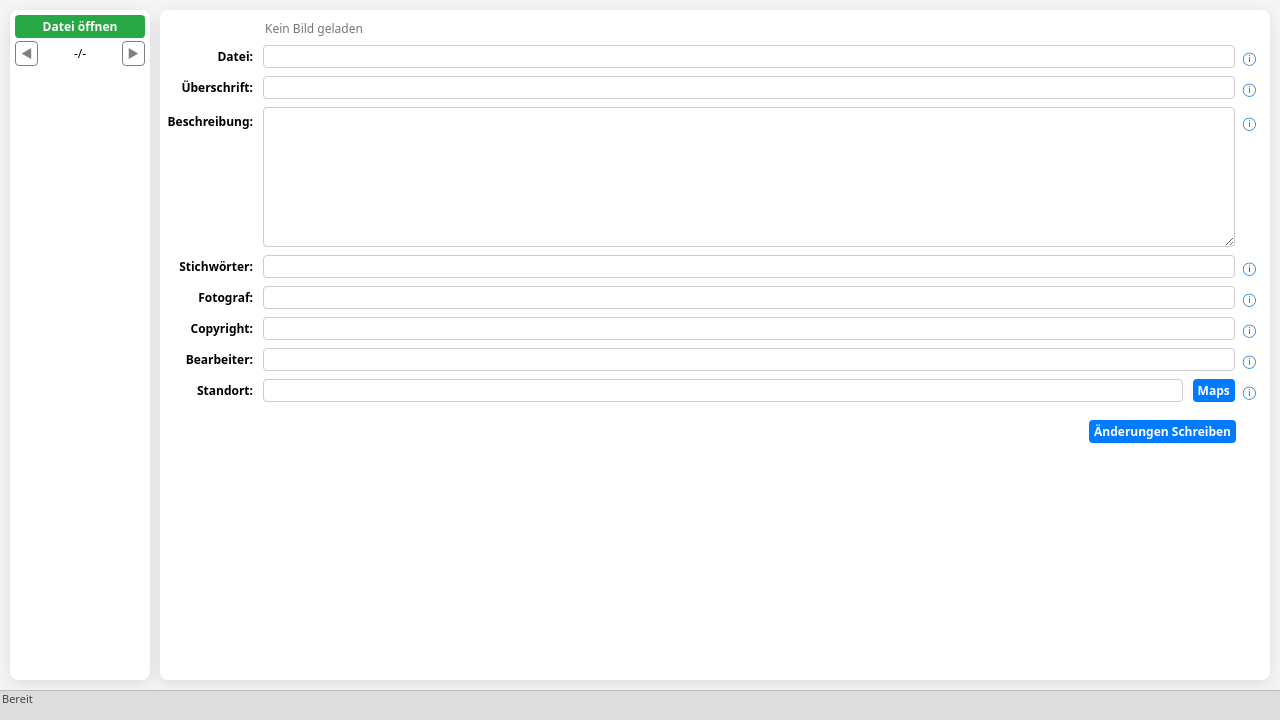
Repository: h-fahle/metadata
Page: ui/index.html
These files come from the project's save history. The page is drawn as it stood at one moment and after the next save; the edit follows.
The browser window is 1280 px wide. The pictures show the whole page.

Above is the page before, as saved 2026-08-20 11:19:05.

After the next save:
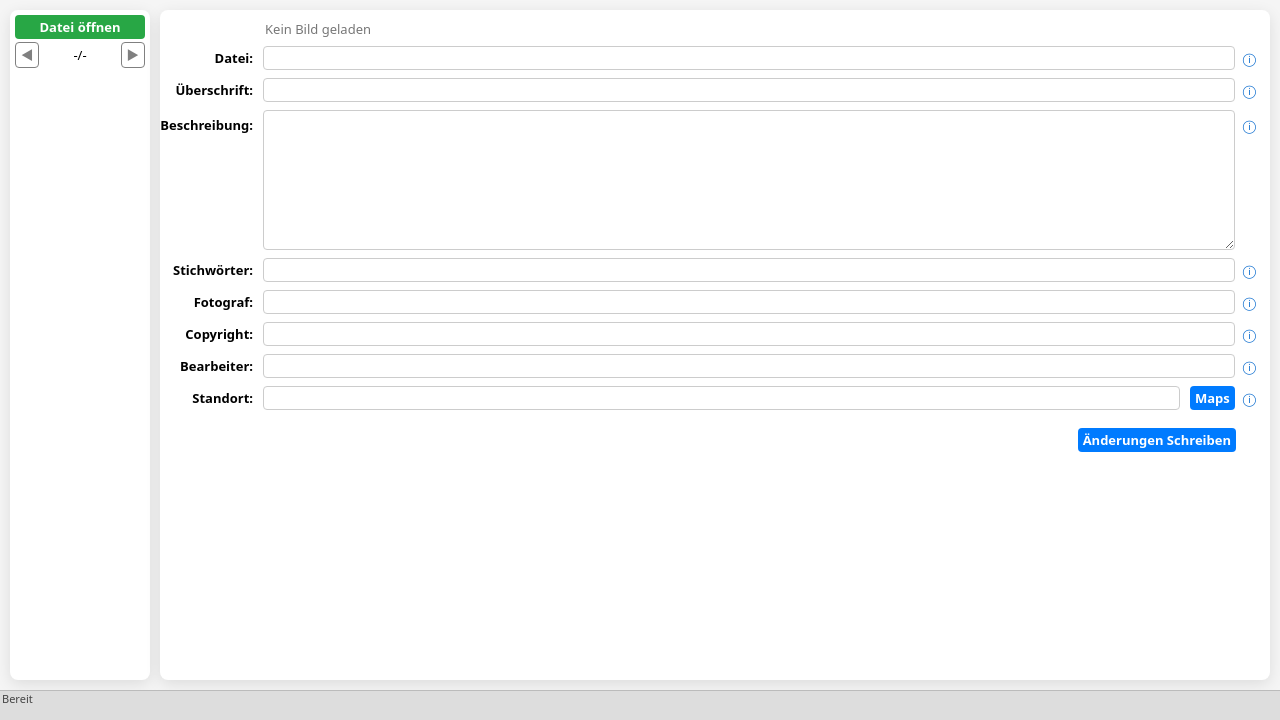
Saved 2 min 58 s later.
--- a/ui/style.css
+++ b/ui/style.css
@@ -1,6 +1,6 @@
 :root {
 	--app-font: system-ui, -apple-system, "Segoe UI", Roboto, Helvetica, Arial, sans-serif;
-	--app-font-size: 12px;
+	--app-font-size: 13px;
 }
 
 /* 1. Das App-Fenster exakt auf 100% fixieren (kein äußeres Scrollen) */
